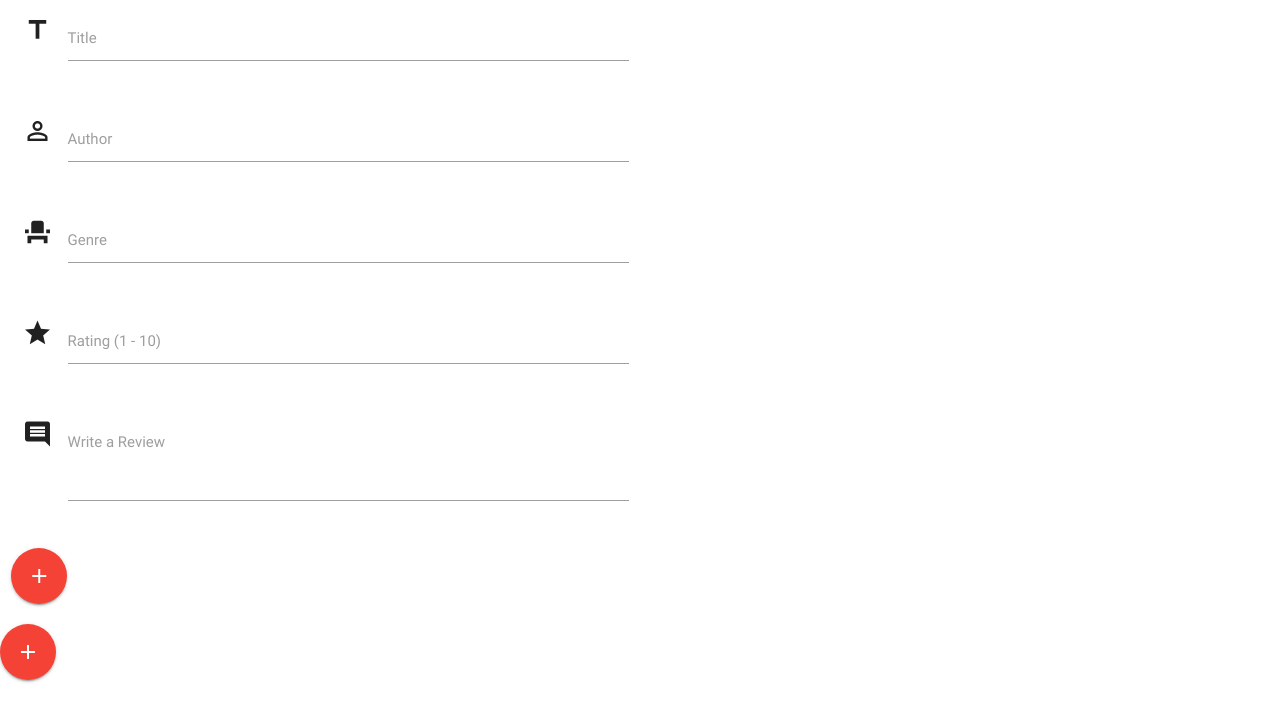
Repository: johnny-don/a-novel-idea
Page: http://localhost/add_review
The author's editor kept a record of every edit. The page is drawn from the files as they stood at one moment, then again after the next edit.
The browser window is 1280 px wide. The pictures show the whole page.
Some web libraries are served in a nearby version. The page is served by the project's application, run on Flask 3 (app.py).

Above is the page before.

After the next edit:
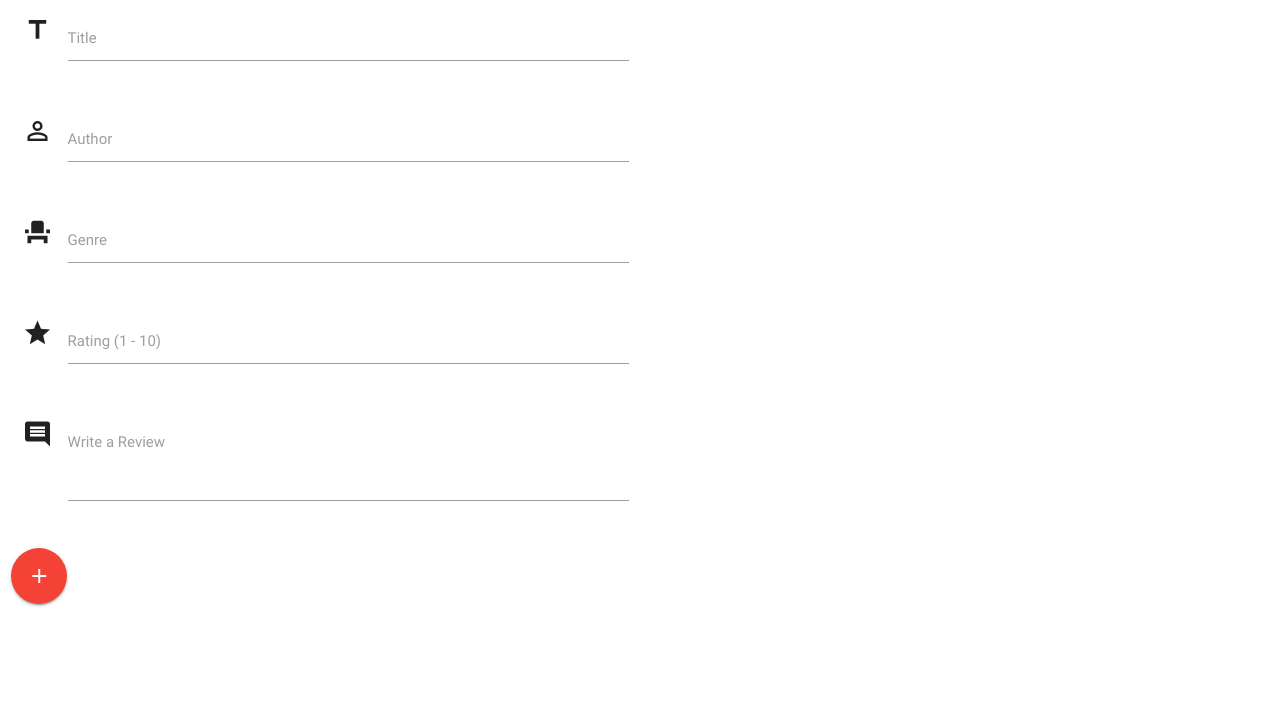
The edit:
--- a/templates/addreview.html
+++ b/templates/addreview.html
@@ -42,6 +42,6 @@
     </form>
   </div>
 
-  <a class=" submit-button btn-floating btn-large waves-effect waves-light red" id="submit_review"><i class="material-icons">add</i></a>
+
 
 {% endblock %}
